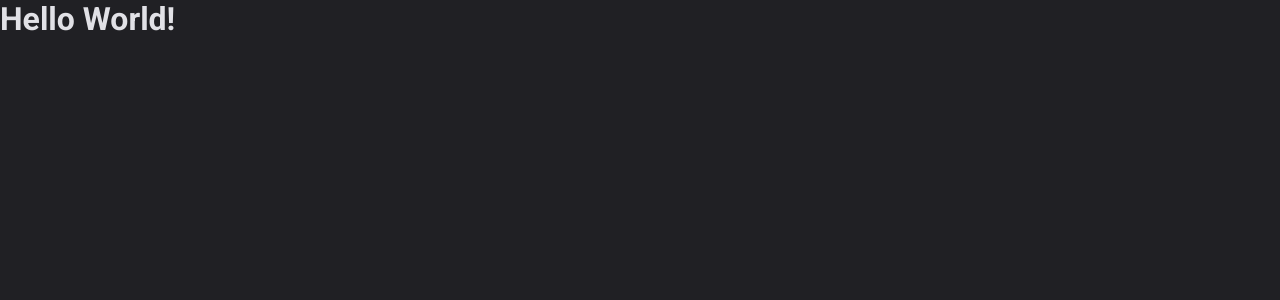
Repository: guilhermecardoso93/dtmoney-reactjs-ignite
Page: /
These files come from the project's save history. The page is drawn as it stood at one moment and after the next save; the edit follows.
The browser window is 1280 px wide. The pictures show the whole page.
The project was rebuilt for these pictures with package versions that can differ from the ones it lists, and the page was loaded fresh each time. Also part of the build but not shown: vite.config.ts.

Above is the page before, as saved 2022-08-15 21:06:01.

### index.html
<!DOCTYPE html>
<html lang="pt-BR">
  <head>
    <meta charset="UTF-8" />
    <link rel="icon" type="image/svg+xml" href="/vite.svg" />
    <link rel="preconnect" href="https://fonts.googleapis.com" />
    <link rel="preconnect" href="https://fonts.gstatic.com" crossorigin />
    <link
      href="https://fonts.googleapis.com/css2?family=Fredoka+One&family=Roboto:wght@300;400;500;700&display=swap"
      rel="stylesheet"
    />
    <meta name="viewport" content="width=device-width, initial-scale=1.0" />
    <title>Dt Money 2022</title>
  </head>
  <body>
    <div id="root"></div>
    <script type="module" src="/src/main.tsx"></script>
  </body>
</html>

### src/App.tsx
import { ThemeProvider } from "styled-components";
import { GlobalStyle } from "./styles/global";
import { defaultTheme } from "./styles/themes/default";

export function App() {
  return (
    <ThemeProvider theme={defaultTheme}>
      <GlobalStyle/>
        <h1>Hello World!</h1>
    </ThemeProvider>
  );
}

### src/styles/global.ts
import { createGlobalStyle } from "styled-components";

export const GlobalStyle = createGlobalStyle`
* {
  margin: 0;
  padding: 0;
  box-sizing: border-box;
}

:focus {
  outline: 0;
  box-shadow:0 0 0 2ox ${(props) => props.theme["green-500"]} ;
}

body {
  background-color: ${(props) => props.theme["gray-800"]};
  color:${(props) => props.theme["gray-100"]}
}

body, input, text-area, button {
  font:400 1rem 'Roboto' ;
}
`;

### src/components/Header/index.tsx
import { HeaderContainer, HeaderContent, NewTransactionButton } from "./styles";
import LogoImg from "../../assets/logo.svg";

export function Header() {
  return (
    <HeaderContainer>
      <HeaderContent>
        <img src={LogoImg} alt="" />
        <NewTransactionButton>Nova Transação</NewTransactionButton>
      </HeaderContent>
    </HeaderContainer>
  );
}

### src/components/Summary/index.tsx
import { ArrowCircleDown, ArrowCircleUp, CurrencyDollar } from "phosphor-react";
import { SummaryContainer } from "./styles";

export function Summary() {
  return (
    <SummaryContainer>
      <div>
        <header>
          <span>Entradas</span>
          <ArrowCircleUp size={32} color="#00b37e" />
        </header>
      </div>
      <div>
        <header>
          <span>Saídas</span>
          <ArrowCircleDown size={32} color="#f75a68" />
        </header>
      </div>
      <div>
        <header>
          <span>Total</span>
          <CurrencyDollar size={32} color="#fff" />
        </header>
      </div>
    </SummaryContainer>
  );
}

### src/components/Header/styles.ts
import styled from "styled-components";

export const HeaderContainer = styled.header`
background-color: ${(props) => props.theme["gray-900"]};
padding: 2.5rem 0 7.5rem;
`;

export const HeaderContent = styled.div`
  width: 100%;
  max-width: 1120px;
  margin: 0 auto;
  padding: 0 1.5rem;

  display: flex;
  justify-content: space-between;
  align-items: center;
`;

export const NewTransactionButton = styled.button`
  height: 50px;
  border: 0;
  background-color: ${(props) => props.theme["green-500"]};
  color:${(props) => props.theme.white};
  font-weight:bold;
  padding: 0 1.25rem;
  border-radius: 6px;
  cursor: pointer;
  transition: background-color 0.2s;

  &:hover {
    background-color: ${(props) => props.theme["green-700"]};
  }
`;

### src/components/Summary/styles.ts
import styled from "styled-components";

export const SummaryContainer = styled.section`
  width: 100%;
  max-width: 1120px;
  margin: 0 auto;
  padding: 0 1.5rem;

  display:grid;
  grid-template-columns:  repeat(3, 1fr);
  gap: 2rem;

  margin-top: -5rem;
  `;

export const SummaryCArd = styled.div`
  background-color: ${(props) => props.theme["gray-600"]};
  border-radius: 6px;
  padding: 2rem;

  header{
    display: flex;
    align-items: center;
    justify-content: space-between;
    color: ${(props) => props.theme["gray-300"]};
  }

  strong {
    display: block;
    font-size: 2rem;
    margin-top: 1rem;
  }

`;

Loaded but not shown: src/main.tsx (common file); src/styles/themes/default.ts (common file)

After the next save:
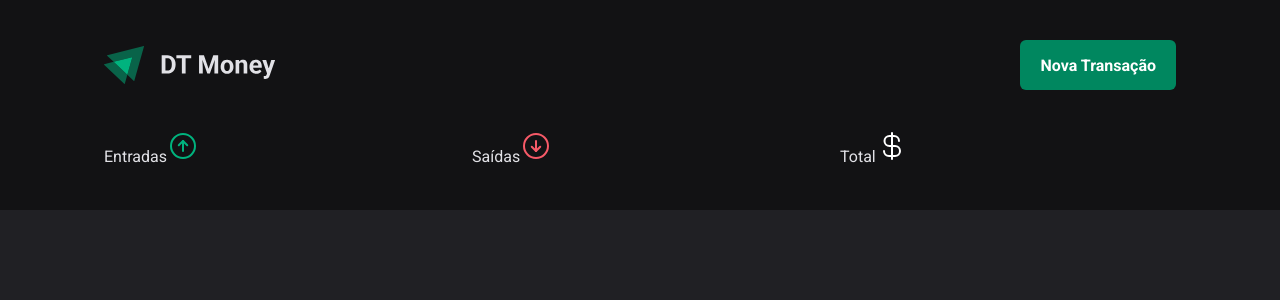
Saved 6 min 29 s later.
--- a/src/App.tsx
+++ b/src/App.tsx
@@ -1,4 +1,6 @@
 import { ThemeProvider } from "styled-components";
+import { Header } from "./components/Header";
+import { Summary } from "./components/Summary";
 import { GlobalStyle } from "./styles/global";
 import { defaultTheme } from "./styles/themes/default";
 
@@ -6,7 +8,8 @@ export function App() {
   return (
     <ThemeProvider theme={defaultTheme}>
       <GlobalStyle/>
-        <h1>Hello World!</h1>
+       <Header/>
+       <Summary/>
     </ThemeProvider>
   );
 }
